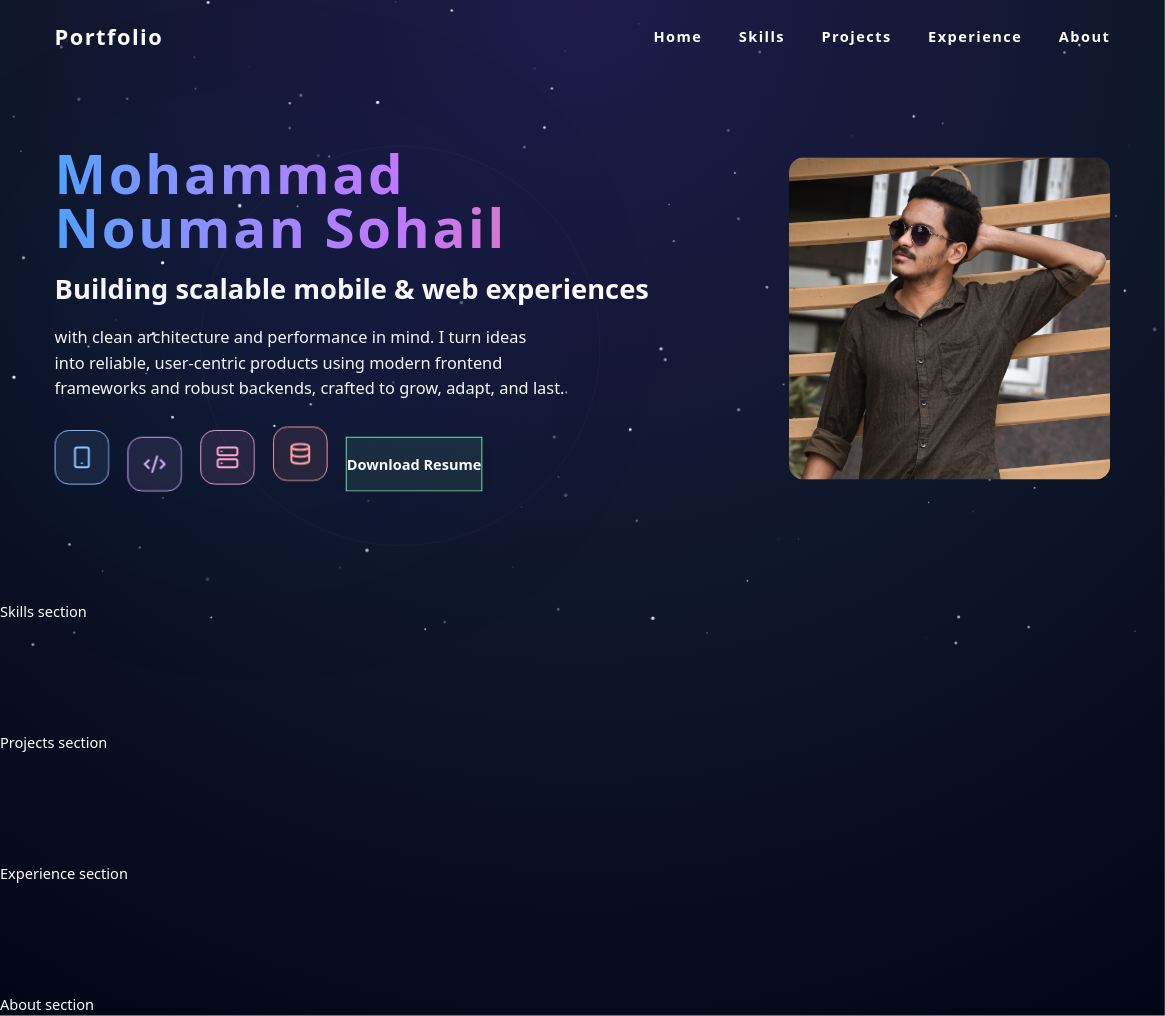
Repository: NoumanSohail/Nouman-Sohail-Portfolio
Page: /
These files come from the project's save history. The page is drawn as it stood at one moment and after the next save; the edit follows.
The browser window is 1280 px wide. The pictures show the whole page, at 91% of full size.
The project was rebuilt for these pictures with package versions that can differ from the ones it lists, and the page was loaded fresh each time. The framework's server and built-in components were replaced by stand-ins that run in the browser. Also part of the build but not shown: next.config.ts.

Above is the page before, as saved 2026-01-24 21:26:07.

After the next save:
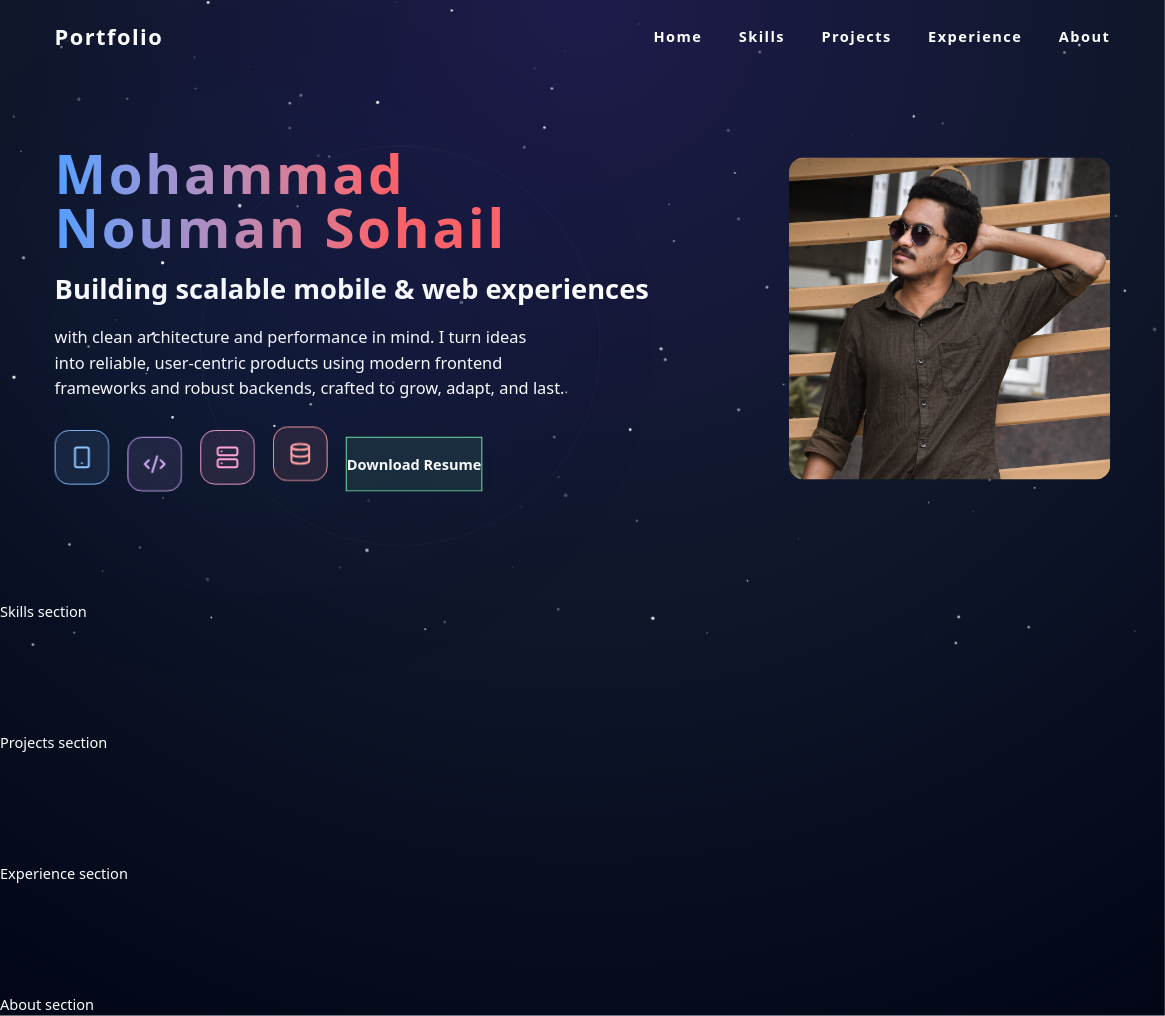
Saved 15 s later.
--- a/app/components/sections/Hero.tsx
+++ b/app/components/sections/Hero.tsx
@@ -36,7 +36,7 @@
             transition={{ duration: 0.8, ease: "easeOut" }}
             className="flex flex-col gap-5"
           >
-            <h1 className="font-black text-4xl lg:text-5xl xl:text-6xl tracking-wider text-balance text-transparent bg-clip-text bg-linear-to-r from-blue-400 via-purple-400 via2-green-400 to-red-400">
+            <h1 className="font-black text-4xl lg:text-5xl xl:text-6xl tracking-wider text-balance text-transparent bg-clip-text bg-linear-to-r from-blue-400 via-red-400 to-red-400">
               {personaldetails.name}
             </h1>
             <h2 className="font-semibold text-2xl lg:text-3xl">

After the save that followed:
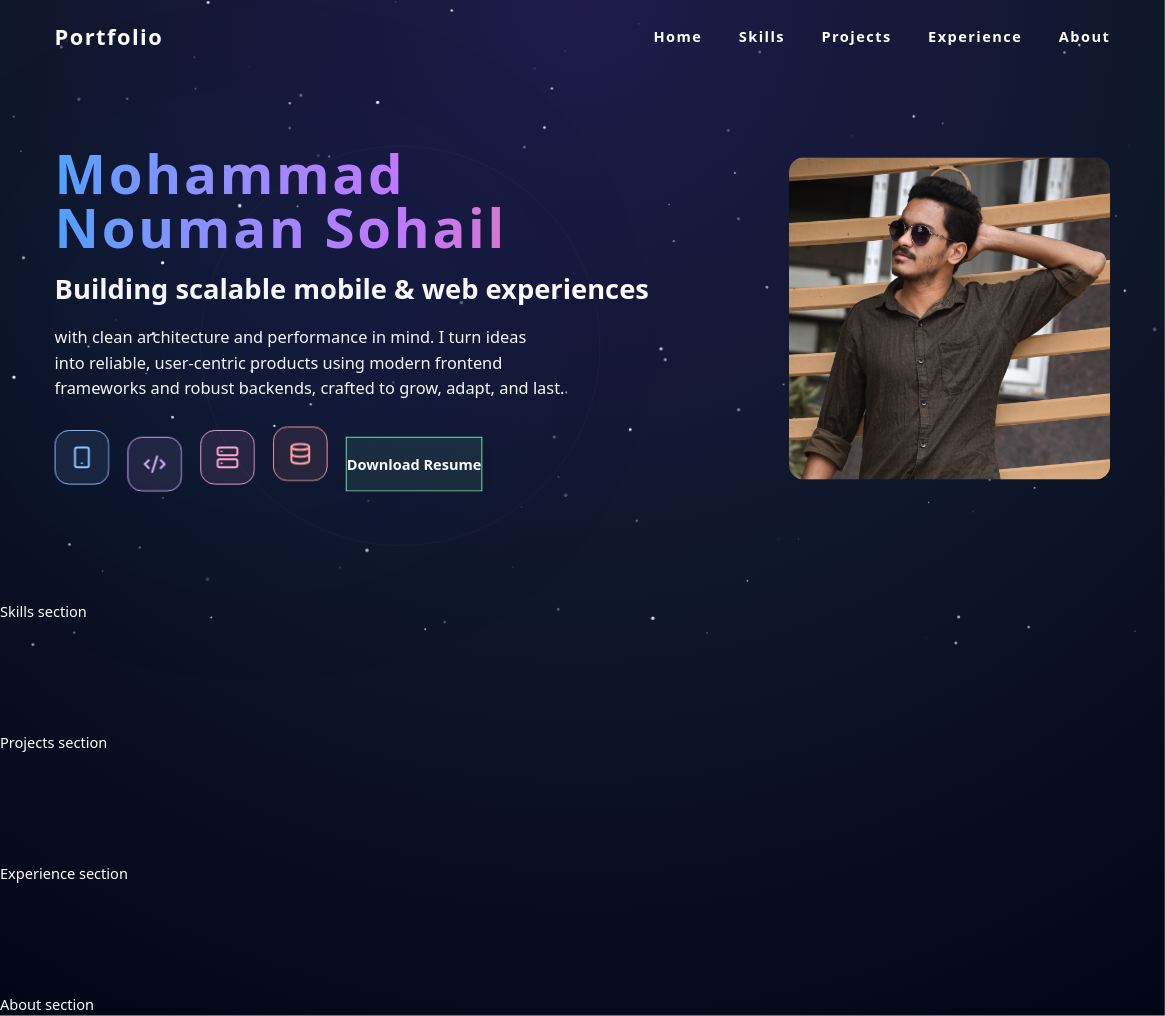
Saved 7 s later.
--- a/app/components/sections/Hero.tsx
+++ b/app/components/sections/Hero.tsx
@@ -36,7 +36,7 @@
             transition={{ duration: 0.8, ease: "easeOut" }}
             className="flex flex-col gap-5"
           >
-            <h1 className="font-black text-4xl lg:text-5xl xl:text-6xl tracking-wider text-balance text-transparent bg-clip-text bg-linear-to-r from-blue-400 via-red-400 to-red-400">
+            <h1 className="font-black text-4xl lg:text-5xl xl:text-6xl tracking-wider text-balance text-transparent bg-clip-text bg-linear-to-r from-blue-400 via-purple-400 to-red-400">
               {personaldetails.name}
             </h1>
             <h2 className="font-semibold text-2xl lg:text-3xl">
